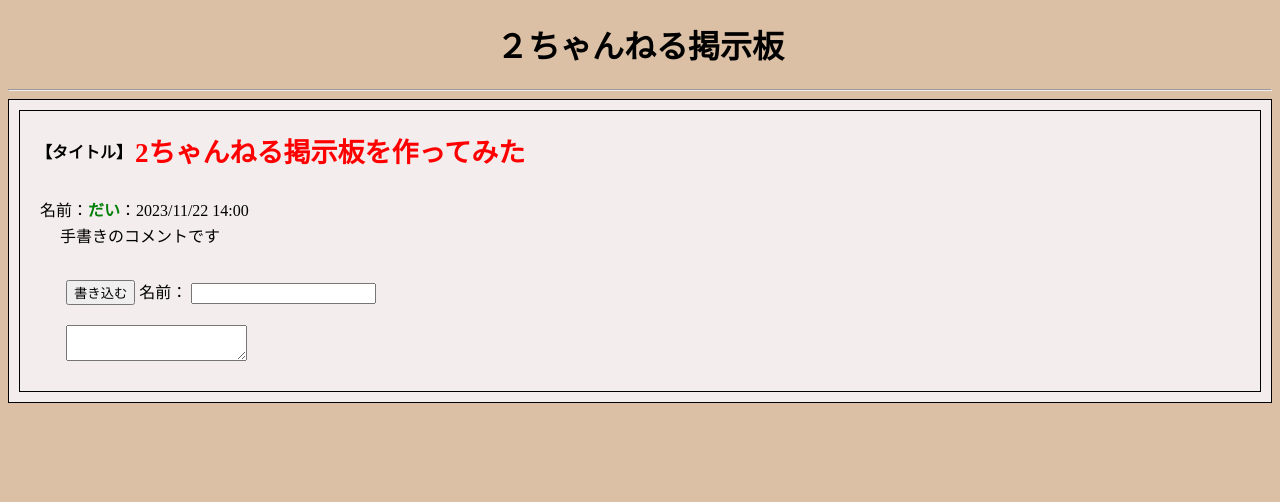
Repository: daidai0602/mba_portal
Page: http://localhost/
The author's editor kept a copy of each file at every save. The page is drawn from the files as they stood at one save, then again after a run of saves.
The browser window is 1280 px wide. The pictures show the whole page.
The page is run by PHP 8.4 with error messages shown; the project is at /var/www/html/.

Above is the page before, as saved 2023-11-22 15:03:19.

After the next 4 saves:
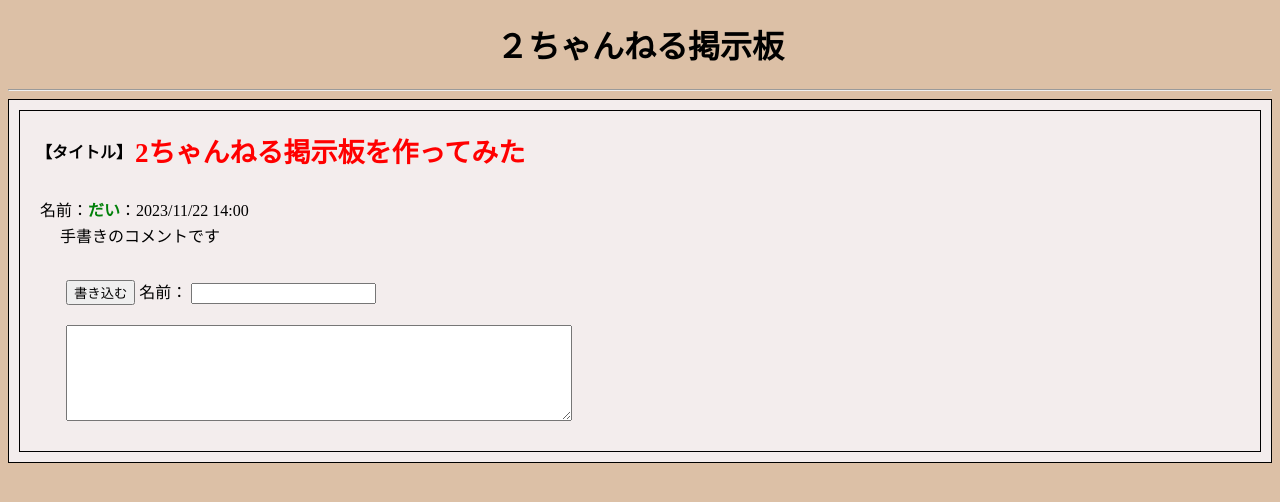
The 4 saves are shown as one change because they came seconds apart.
The last was saved 11 s later.
--- a/assets/css/style.css
+++ b/assets/css/style.css
@@ -55,6 +55,6 @@
 
 .commentTextArea {
   margin-top: 20px;
-  width: 500;
-
+  width: 500px;
+  height: 90px;
 }
